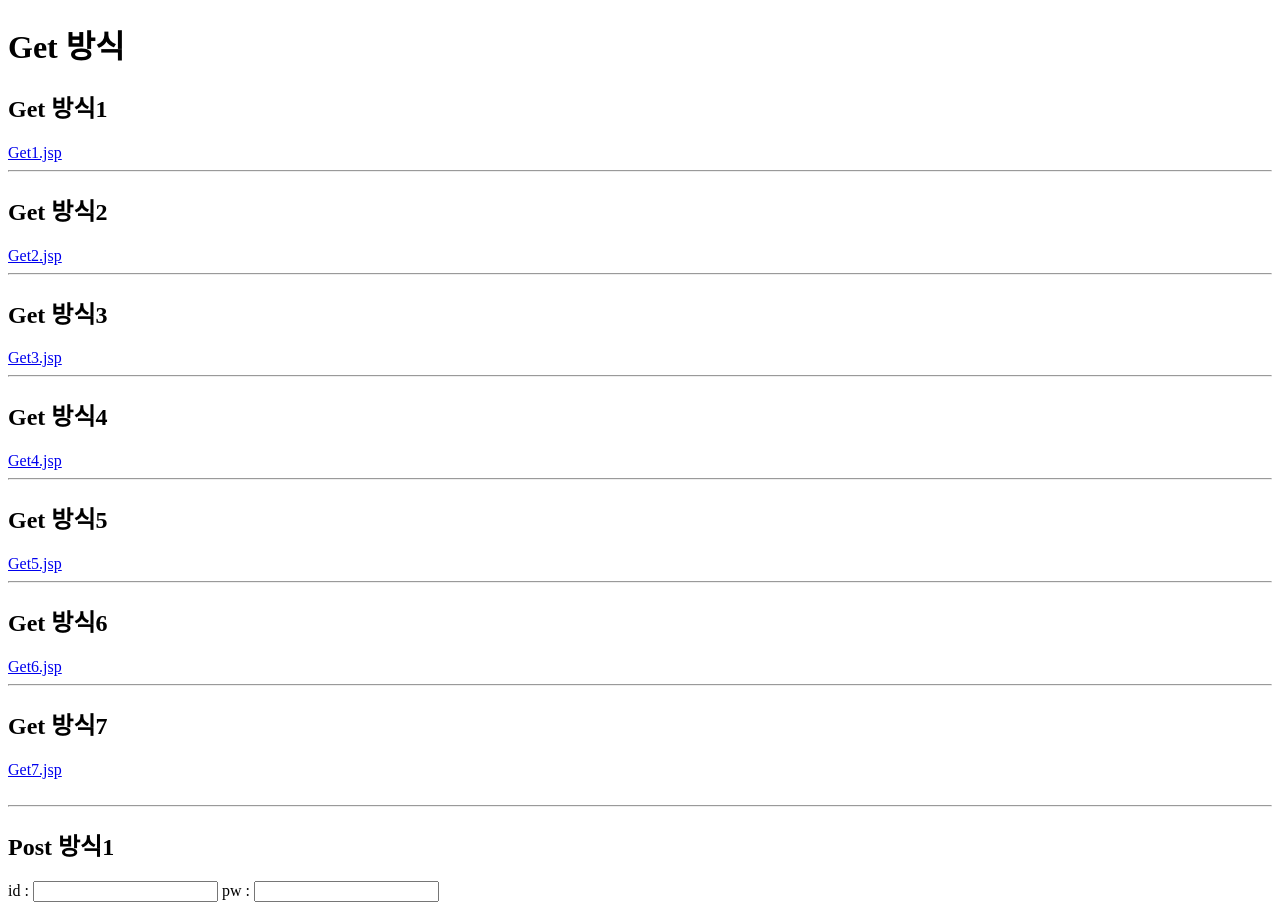
Repository: dllgkdud/pro4
Page: http://localhost/pro04/WEB-INF/views/sample/main.jsp
The author's editor kept a copy of each file at every save. The page is drawn from the files as they stood at one save, then again after the next save.
The browser window is 1280 px wide. The pictures show the whole page.
The page is served by Tomcat 9. Nobody is signed in. Other server files are loaded and not shown. The template is opened directly, without the code that normally fills it, so the values that code supplies are empty.

Above is the page before, as saved 2022-11-22 02:41:31.

### pro04/src/main/webapp/WEB-INF/views/sample/main.jsp
<%@ page language="java" contentType="text/html; charset=UTF-8"
    pageEncoding="UTF-8"%>
<%@ taglib prefix="c" uri="http://java.sun.com/jsp/jstl/core"  %>
<%@ taglib prefix="fmt" uri="http://java.sun.com/jsp/jstl/fmt" %>
<!DOCTYPE html>
<html>
<head>
	<meta charset="UTF-8">
	<meta http-equiv="X-UA-Compatible" content="IE=edge">
	<meta name="viewport" content="width=device-width, initial-scale=1.0">
<title>스프링 데이터 전송</title>
</head>
<body>
	<h1>Get 방식</h1>
	<h2>Get 방식1</h2>
	<div>
		<a href="./sample/get1?id=admin&pw=1234">Get1.jsp</a>
	</div>
	<hr>
	<h2>Get 방식2</h2>
	<div>
		<a href="./sample/get2?id=admin&pw=1234">Get2.jsp</a>
	</div>
	<hr>
	<h2>Get 방식3</h2>
	<div>
		<a href="./sample/get2?id=admin&pw=1234">Get3.jsp</a>
	</div>
	<hr>
	<h2>Get 방식4</h2>
	<div>
		<a href="./sample/get2?id=admin&pw=1234">Get4.jsp</a>
	</div>
	<hr>
	<h2>Get 방식5</h2>
	<div>
		<a href="./sample/get2?id=admin&pw=1234">Get5.jsp</a>
	</div>
	<hr>
	<h2>Get 방식6</h2>
	<div>
		<a href="./sample/get2?id=admin&pw=1234">Get6.jsp</a>
	</div>
	<hr>
	<h2>Get 방식7</h2>
	<div>
		<a href="./sample/get2?id=admin&pw=1234">Get7.jsp</a>
	</div>
	<br>
	<hr>
	<h2>Post 방식1</h2>
	<div>
		<form action="./post1" method="post">
		id : <input type="text" name="id" id="id" required />
		pw : <input type="password" name="pw" id="pw" required />

		</form>
	</div>
</body>
</html>

After the next save:
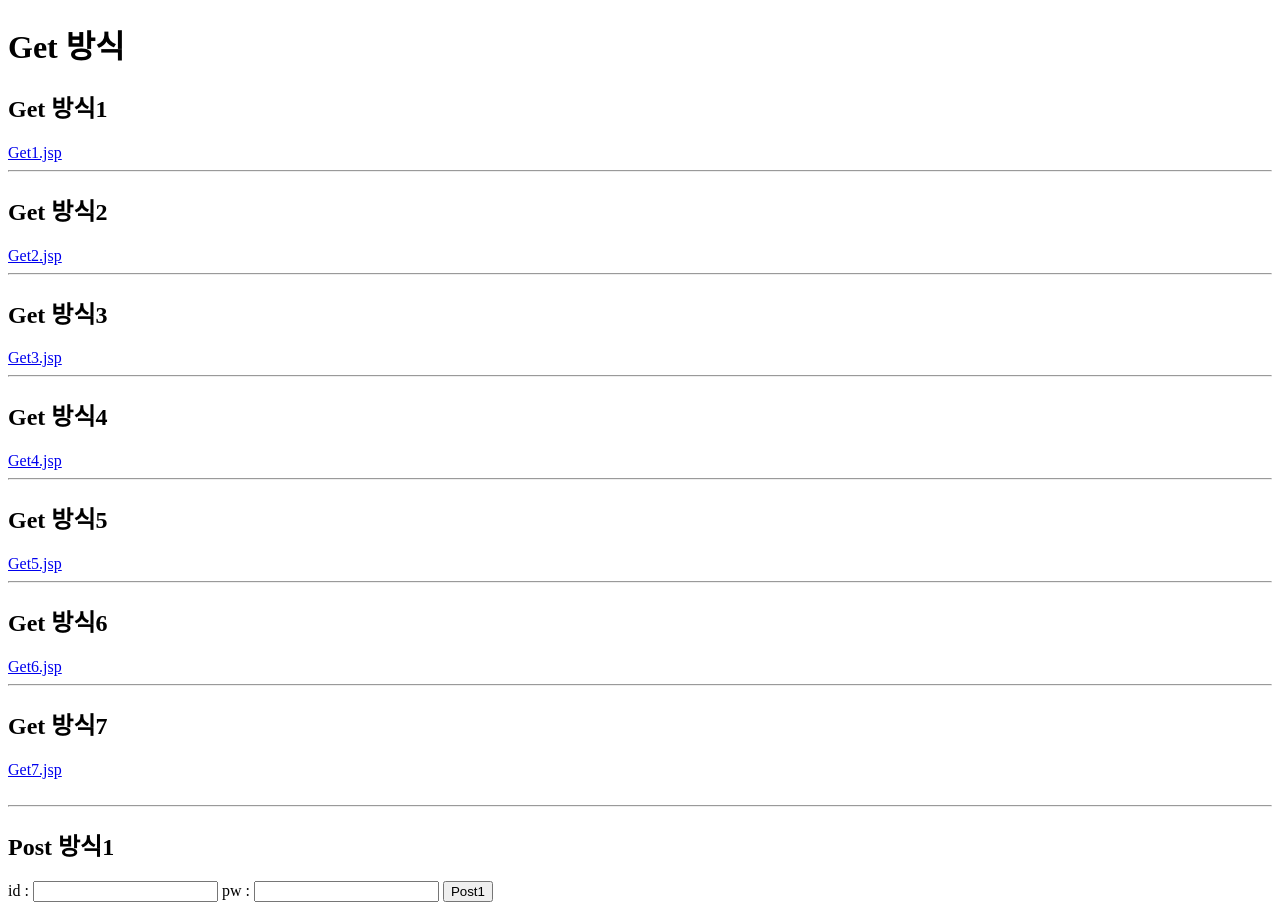
Saved 56 s later.
--- a/pro04/src/main/webapp/WEB-INF/views/sample/main.jsp
+++ b/pro04/src/main/webapp/WEB-INF/views/sample/main.jsp
@@ -53,7 +53,7 @@
 		<form action="./post1" method="post">
 		id : <input type="text" name="id" id="id" required />
 		pw : <input type="password" name="pw" id="pw" required />
-
+		<input type="submit" value="Post1"/>
 		</form>
 	</div>
 </body>
